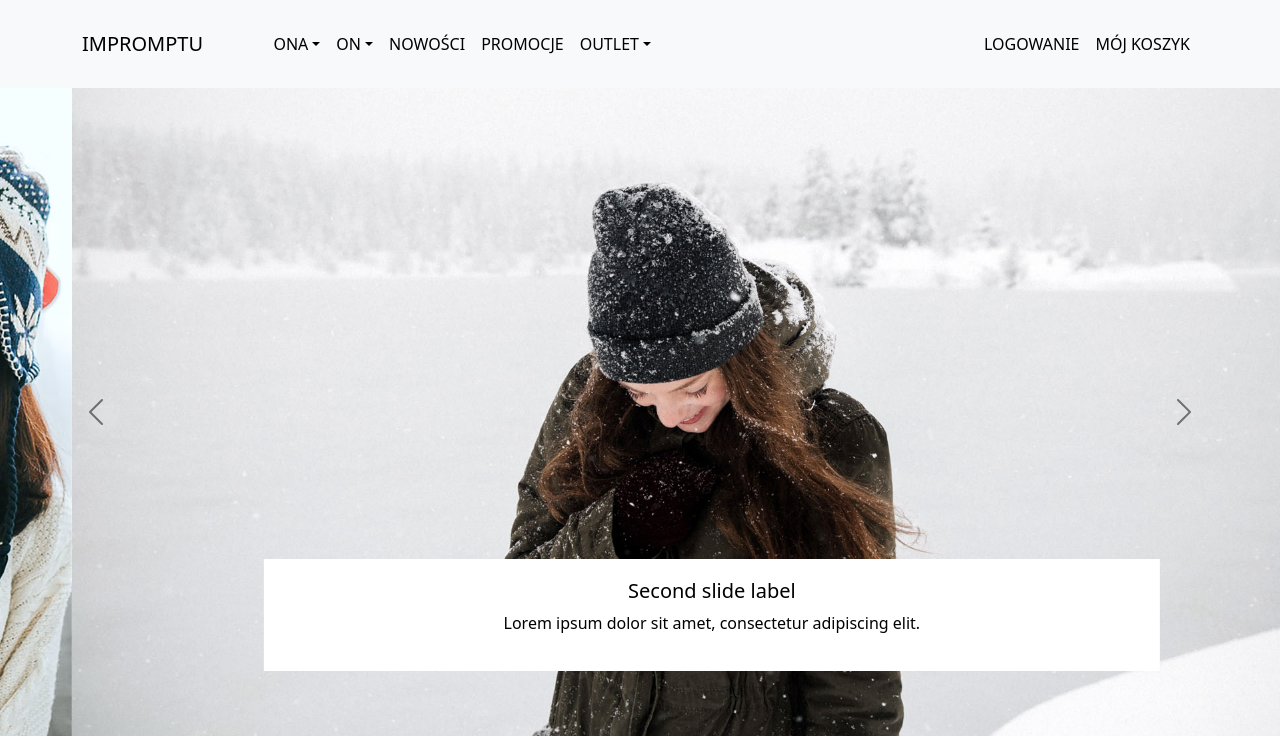
Repository: michalgornicki/Impromptu
Page: /
An editor plug-in stored every save of this project. The page is shown before and after the next save, followed by the edit.
The browser window is 1280 px wide. The pictures show the whole page.
The project was rebuilt for these pictures with package versions that can differ from the ones it lists, and the page was loaded fresh each time.

Above is the page before, as saved 2021-12-23 12:59:52.

### src/App.jsx
import React from "react";
import "./App.css";
import "bootstrap/dist/css/bootstrap.min.css";
import Container from "react-bootstrap/Container";
import Navbar from "react-bootstrap/Navbar";
import Nav from "react-bootstrap/Nav";
import NavDropdown from "react-bootstrap/NavDropdown";
import Carousel from "react-bootstrap/Carousel";
import photo1 from "./1.jpg";
import photo2 from "./2.jpg";
import photo3 from "./3.jpg";
import photo4 from "./4.jpg";
import photo5 from "./5.jpg";

function App() {
  return (
    <p>
      <Navbar
        collapseOnSelect
        expand="lg"
        bg="light"
        variant="light"
        className="py-4 display-7 text-dark"
      >
        <Container>
          <Navbar.Brand href="#home" className="w-15">IMPROMPTU</Navbar.Brand>
          <Navbar.Toggle aria-controls="responsive-navbar-nav" />
          <Navbar.Collapse id="responsive-navbar-nav">
            <Nav className="me-auto">
              <NavDropdown title="ONA" id="collasible-nav-dropdown">
                <NavDropdown.Item href="#action/3.1">Action</NavDropdown.Item>
                <NavDropdown.Item href="#action/3.2">
                  Another action
                </NavDropdown.Item>
                <NavDropdown.Item href="#action/3.3">
                  Something
                </NavDropdown.Item>
                <NavDropdown.Divider />
                <NavDropdown.Item href="#action/3.4">
                  Separated link
                </NavDropdown.Item>
              </NavDropdown>
              <NavDropdown title="ON" id="collasible-nav-dropdown">
                <NavDropdown.Item href="#action/3.1">Action</NavDropdown.Item>
                <NavDropdown.Item href="#action/3.2">
                  Another action
                </NavDropdown.Item>
                <NavDropdown.Item href="#action/3.3">
                  Something
                </NavDropdown.Item>
                <NavDropdown.Divider />
                <NavDropdown.Item href="#action/3.4">
                  Separated link
                </NavDropdown.Item>
              </NavDropdown>
              <Nav.Link href="#pricing">NOWOŚCI</Nav.Link>
              <Nav.Link href="#pricing">PROMOCJE</Nav.Link>
              <NavDropdown title="OUTLET" id="collasible-nav-dropdown">
                <NavDropdown.Item href="#action/3.1">Action</NavDropdown.Item>
                <NavDropdown.Item href="#action/3.2">
                  Another action
                </NavDropdown.Item>
                <NavDropdown.Item href="#action/3.3">
                  Something
                </NavDropdown.Item>
                <NavDropdown.Divider />
                <NavDropdown.Item href="#action/3.4">
                  Separated link
                </NavDropdown.Item>
              </NavDropdown>
            </Nav>
            <Nav>
              <Nav.Link href="#deets">LOGOWANIE</Nav.Link>
              <Nav.Link href="#memes">MÓJ KOSZYK</Nav.Link>
            </Nav>
          </Navbar.Collapse>
        </Container>
      </Navbar>

      <Carousel variant="dark" indicators={false}>
  <Carousel.Item>
    <img
      className="d-block w-100"
      src={photo1}
      alt="First slide"
    />
    <Carousel.Caption>
      <h5>First slide label</h5>
      <p>Nulla vitae elit libero, a pharetra augue mollis interdum.</p>
    </Carousel.Caption>
  </Carousel.Item>
  <Carousel.Item>
    <img
      className="d-block w-100"
      src={photo2}
      alt="Second slide"
    />
    <Carousel.Caption>
      <h5>Second slide label</h5>
      <p>Lorem ipsum dolor sit amet, consectetur adipiscing elit.</p>
    </Carousel.Caption>
  </Carousel.Item>
  <Carousel.Item>
    <img
      className="d-block w-100"
      src={photo3}
      alt="Third slide"
    />
    <Carousel.Caption>
      <h5>Third slide label</h5>
      <p>Praesent commodo cursus magna, vel scelerisque nisl consectetur.</p>
    </Carousel.Caption>
  </Carousel.Item>
  <Carousel.Item>
    <img
      className="d-block w-100"
      src={photo4}
      alt="Third slide"
    />
    <Carousel.Caption>
      <h5>Third slide label</h5>
      <p>Praesent commodo cursus magna, vel scelerisque nisl consectetur.</p>
    </Carousel.Caption>
  </Carousel.Item>
  <Carousel.Item>
    <img
      className="d-block w-100"
      src={photo5}
      alt="Third slide"
    />
    <Carousel.Caption>
      <h5>Third slide label</h5>
      <p>Praesent commodo cursus magna, vel scelerisque nisl consectetur.</p>
    </Carousel.Caption>
  </Carousel.Item>
</Carousel>



    </p>
  );
}

export default App;

### src/App.css
.w-15{
    width: 15%!important;
}

.display-7{
    font-size: 1rem;
}

.nav-link {
    color: black!important;
}

.carousel img {
    height: 90vh;
    object-fit: cover;
}

.carousel-caption{
    background-color: white;
    bottom: 10%!important;
}

Loaded but not shown: public/index.html (common file); src/index.js (common file); src/index.css (common file); src/reportWebVitals.js (common file)

After the next save:
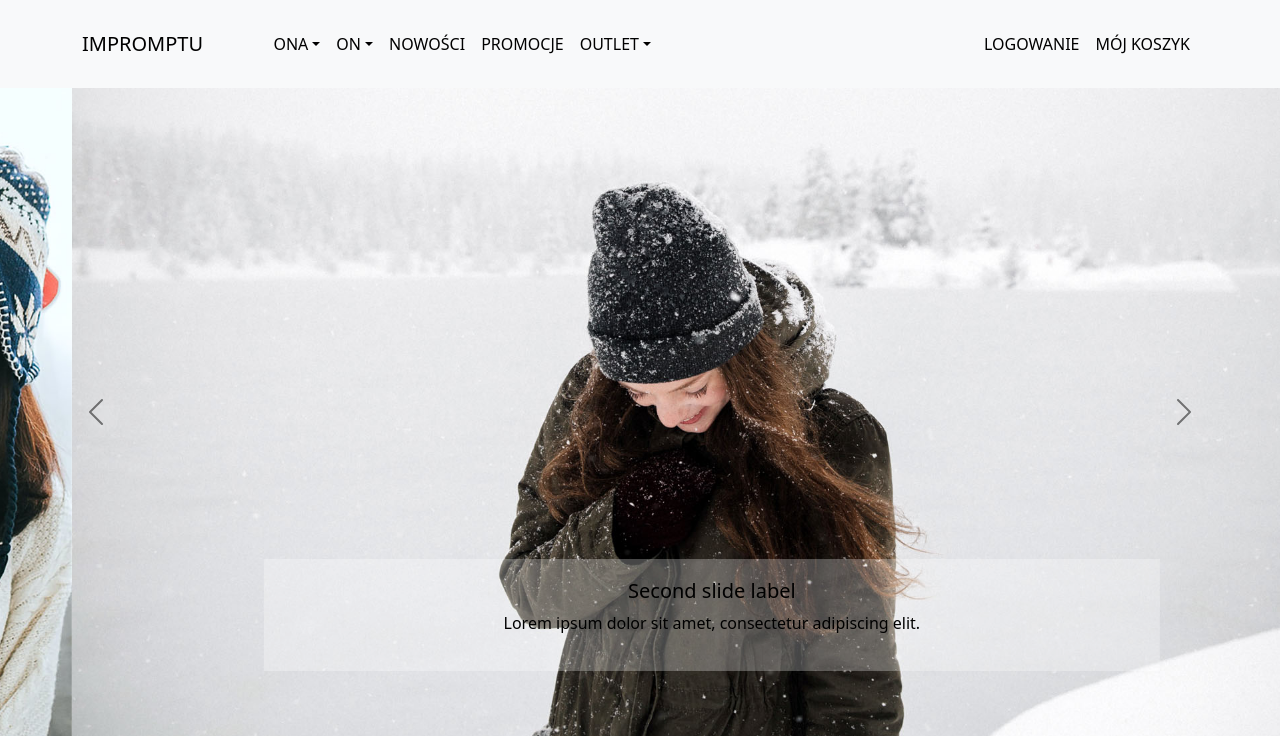
Saved 13 s later.
--- a/src/App.css
+++ b/src/App.css
@@ -16,6 +16,6 @@
 }
 
 .carousel-caption{
-    background-color: white;
+    background-color: rgba(255, 255, 255, 0.274);
     bottom: 10%!important;
 }
